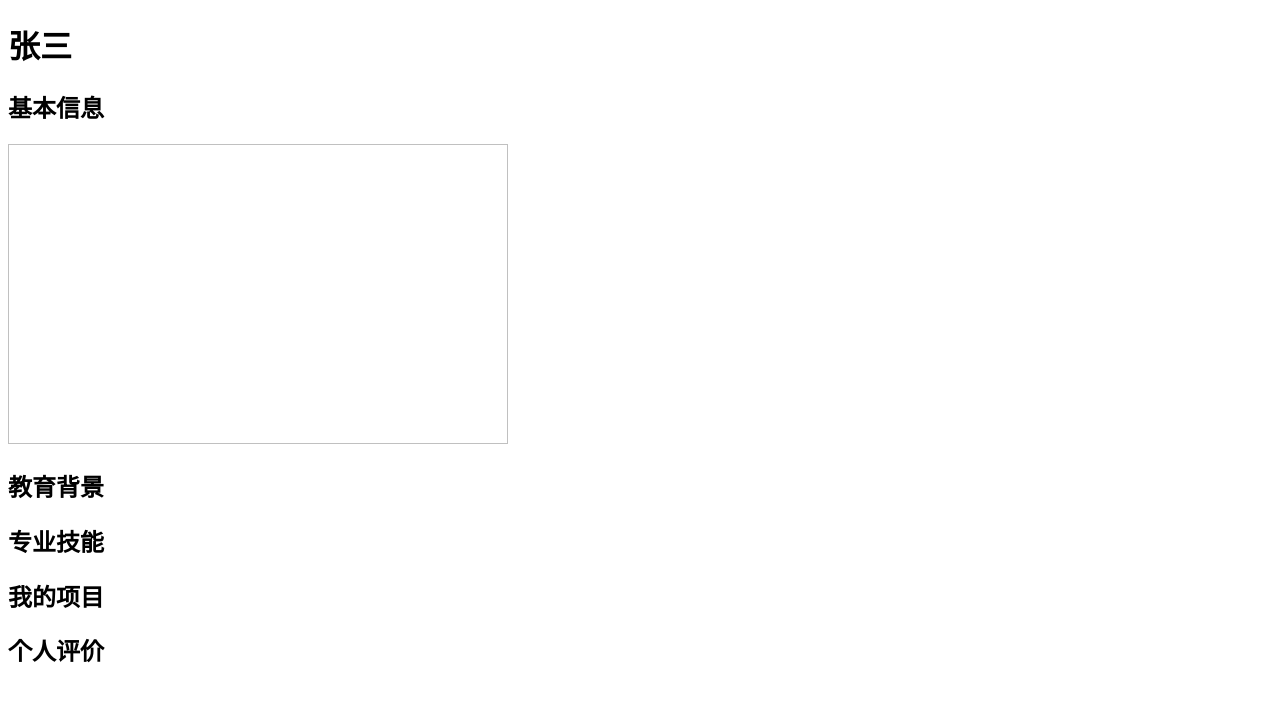
Repository: ls02/VSCode
Page: Java/2022/6-29-1/Test.html
These files come from the project's save history. The page is drawn as it stood at one moment and after the next save; the edit follows.
The browser window is 1280 px wide. The pictures show the whole page.

Above is the page before, as saved 2022-06-29 14:14:10.

### Java/2022/6-29-1/Test.html
<!--
 * @Author: ls02 <2877455773@qq.com>
 * @Date: 2022-06-29 14:06:53
 * @LastEditors: ls02 <2877455773@qq.com>
 * @LastEditTime: 2022-06-29 14:13:10
 * @FilePath: \Java\2022\6-29-1\Test.html
 * @Description:
 *
 * Copyright (c) 2022 by ${ls02 <2877455773@qq.com>}, All Rights Reserved.
-->
<!DOCTYPE html>
<html lang="en">
<head>
    <meta charset="UTF-8">
    <meta http-equiv="X-UA-Compatible" content="IE=edge">
    <meta name="viewport" content="width=device-width, initial-scale=1.0">
    <title>我的简历</title>
</head>
<body>
    <h1>张三</h1>
    <h2>基本信息</h2>
    <img srt="..\6-28-1\img\1.jpg" width="500px" height="300px">
    <h2>教育背景</h2>
    <h2>专业技能</h2>
    <h2>我的项目</h2>
    <h2>个人评价</h2>
</body>
</html>

After the next save:
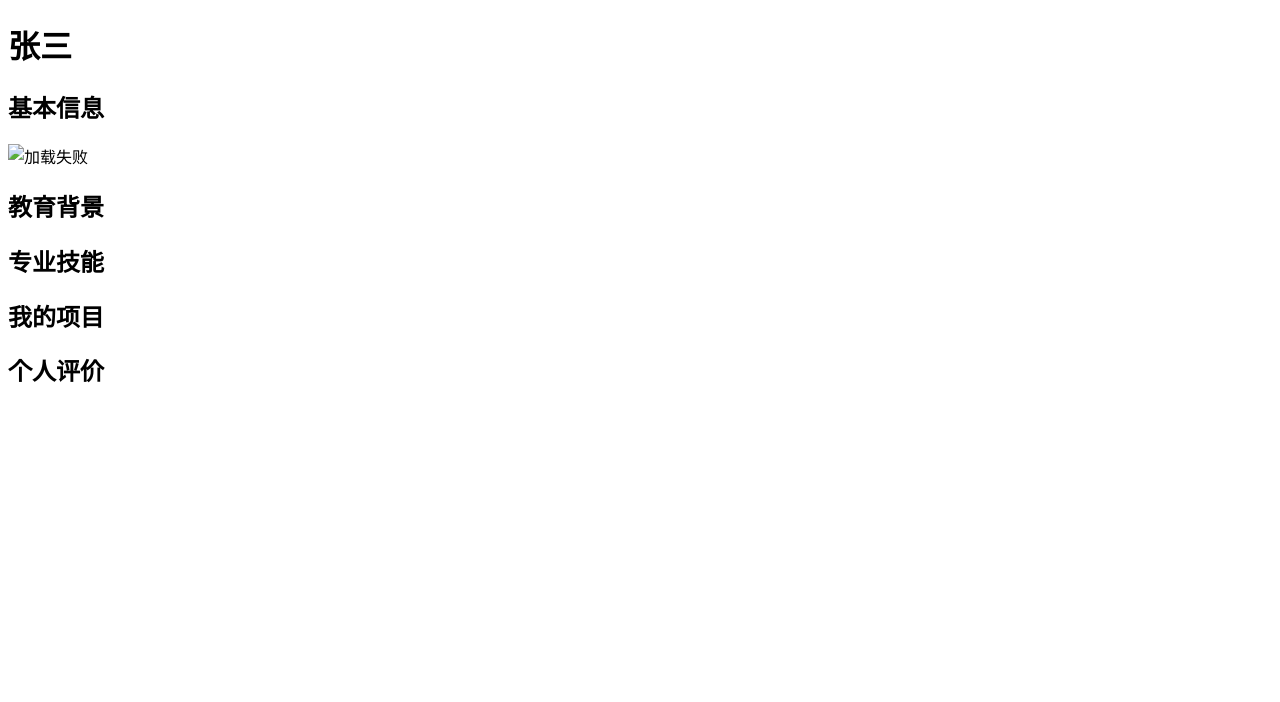
Saved 36 s later.
--- a/Java/2022/6-29-1/Test.html
+++ b/Java/2022/6-29-1/Test.html
@@ -2,7 +2,7 @@
  * @Author: ls02 <2877455773@qq.com>
  * @Date: 2022-06-29 14:06:53
  * @LastEditors: ls02 <2877455773@qq.com>
- * @LastEditTime: 2022-06-29 14:13:10
+ * @LastEditTime: 2022-06-29 14:14:46
  * @FilePath: \Java\2022\6-29-1\Test.html
  * @Description:
  *
@@ -19,7 +19,10 @@
 <body>
     <h1>张三</h1>
     <h2>基本信息</h2>
-    <img srt="..\6-28-1\img\1.jpg" width="500px" height="300px">
+    <img srt="..\6-28-1\img\1.jpg"
+    width="500px"
+    height="300px"
+    alt="加载失败">
     <h2>教育背景</h2>
     <h2>专业技能</h2>
     <h2>我的项目</h2>
